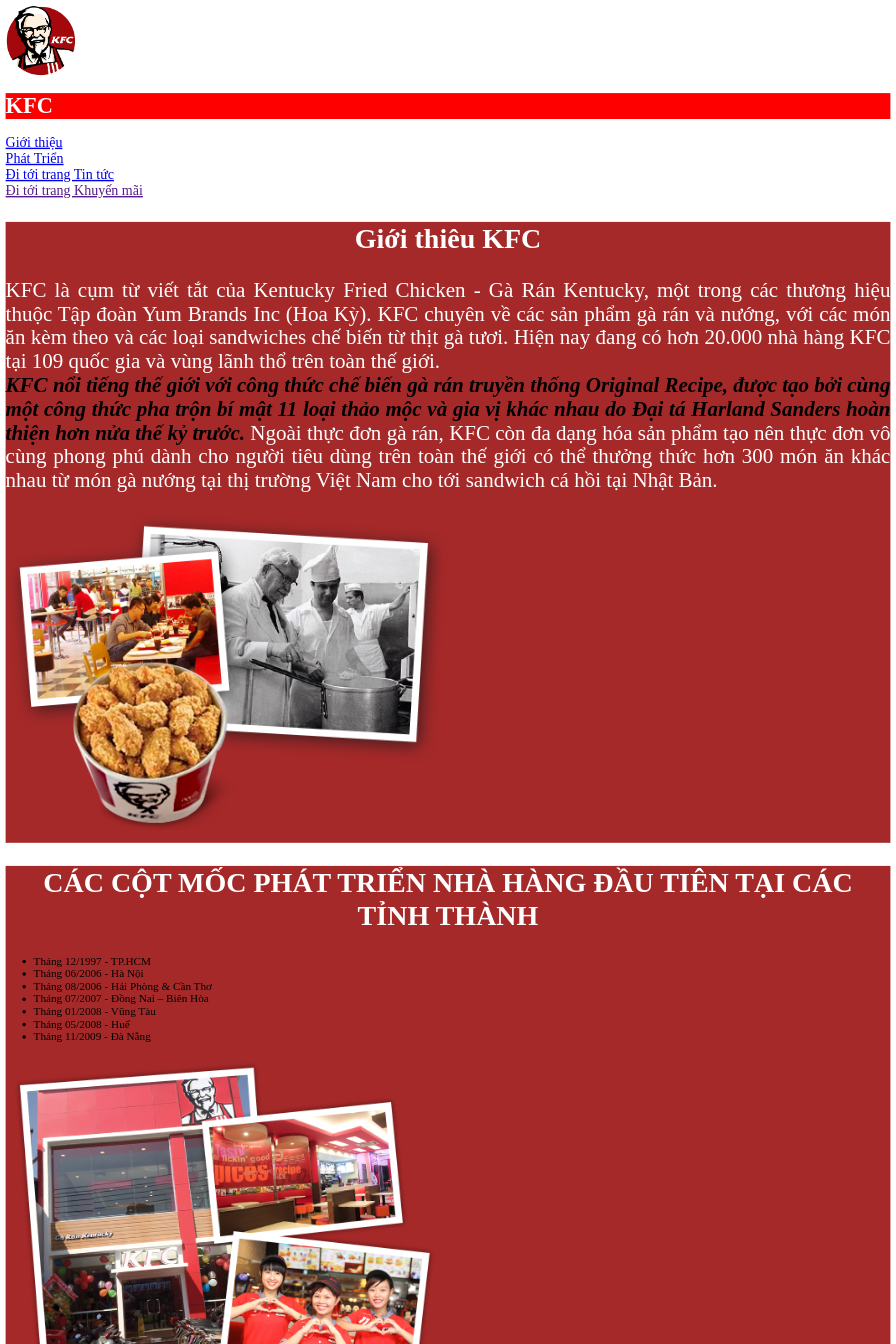
Repository: Edward205204/cybersoft_b1
Page: index.html
These files come from the project's save history. The page is drawn as it stood at one moment and after the next save; the edit follows.
The browser window is 1280 px wide. The pictures show the part of the page from y = 0 to 1920 px (the page is 2928 px tall), at 70% of full size.

Above is the page before, as saved 2024-11-11 23:25:00.

### index.html
<!DOCTYPE html>
<html lang="en">
  <head>
    <meta charset="UTF-8" />
    <meta name="viewport" content="width=device-width, initial-scale=1.0" />
    <title>Document</title>
  </head>
  <body>
    <img src="./img/logo.png" alt="Logo KFC" width="100px" height="100px" />
    <h1 style="background-color: #ff0000; color: white">KFC</h1>
    <ul style="list-style: none; margin: 0; padding: 0; font-size: 20px">
      <li>
        <a href="#gioithieu" style="font-size: 20px">Giới thiệu</a>
      </li>
      <li>
        <a href="#phattrien">Phát Triển</a>
      </li>
      <li>
        <a href="./news/news.html">Đi tới trang Tin tức</a>
      </li>
      <li>
        <a href="">Đi tới trang Khuyến mãi</a>
      </li>
    </ul>
    <div style="background-color: #a62929">
      <h2
        id="gioithieu"
        style="text-align: center; font-size: 40px; color: white"
      >
        Giới thiêu KFC
      </h2>
      <p style="color: white; font-size: 30px; text-align: justify">
        KFC là cụm từ viết tắt của Kentucky Fried Chicken - Gà Rán Kentucky, một
        trong các thương hiệu thuộc Tập đoàn Yum Brands Inc (Hoa Kỳ). KFC chuyên
        về các sản phẩm gà rán và nướng, với các món ăn kèm theo và các loại
        sandwiches chế biến từ thịt gà tươi. Hiện nay đang có hơn 20.000 nhà
        hàng KFC tại 109 quốc gia và vùng lãnh thổ trên toàn thế giới.
        <br />

        <i style="color: black">
          <b>
            KFC nổi tiếng thế giới với công thức chế biến gà rán truyền thống
            Original Recipe, được tạo bởi cùng một công thức pha trộn bí mật 11
            loại thảo mộc và gia vị khác nhau do Đại tá Harland Sanders hoàn
            thiện hơn nửa thế kỷ trước.
          </b>
        </i>

        Ngoài thực đơn gà rán, KFC còn đa dạng hóa sản phẩm tạo nên thực đơn vô
        cùng phong phú dành cho người tiêu dùng trên toàn thế giới có thể thưởng
        thức hơn 300 món ăn khác nhau từ món gà nướng tại thị trường Việt Nam
        cho tới sandwich cá hồi tại Nhật Bản.
      </p>
      <img src="./img/about-pic-1.png" alt="anh minh hoa " width="50%" />
    </div>

    <div style="background-color: #a62929">
      <h2
        id="phattrien"
        style="text-align: center; font-size: 40px; color: white"
      >
        CÁC CỘT MỐC PHÁT TRIỂN NHÀ HÀNG ĐẦU TIÊN TẠI CÁC TỈNH THÀNH
      </h2>
      <ul>
        <li>Tháng 12/1997 - TP.HCM</li>
        <li>Tháng 06/2006 - Hà Nội</li>
        <li>Tháng 08/2006 - Hải Phòng & Cần Thơ</li>
        <li>Tháng 07/2007 - Đồng Nai – Biên Hòa</li>
        <li>Tháng 01/2008 - Vũng Tàu</li>
        <li>Tháng 05/2008 - Huế</li>
        <li>Tháng 11/2009 - Đà Nẵng</li>
      </ul>
      <img src="./img/about-pic-3.png" alt="cot moc phat trien" width="50%" />
    </div>
    <h2 style="text-align: center; font-size: 32px">
      Bảng Giá Nước đi kèm của KFC
    </h2>
    <table border="1" width="900px;" height="800px" align="center">
      <tbody>
        <tr>
          <th colspan="2">Name</th>
          <th>Type</th>
          <th>Price</th>
        </tr>
        <tr>
          <td
            colspan="2"
            align="right"
            rowspan="2"
            background="img/greentea.jpg"
          >
            Green Tea
          </td>
          <td>Hot</td>
          <td rowspan="2" align="center">25.000vnd</td>
        </tr>
        <tr>
          <td align="right">Cold</td>
        </tr>
        <tr>
          <td
            colspan="2"
            rowspan="2"
            background="img/blacktea.jpg"
            align="center"
          >
            Black Tea
          </td>
          <td>Hot</td>
          <td rowspan="2" align="center">28.000vnd</td>
        </tr>
        <tr>
          <td align="right">Cold</td>
        </tr>
        <tr>
          <td colspan="2" rowspan="2" background="img/olongtea.jpg">
            Olong Tea
          </td>
          <td>Hot</td>
          <td rowspan="2" align="center">30.000vnd</td>
        </tr>
        <tr>
          <td align="right">Cold</td>
        </tr>
        <tr>
          <td rowspan="3" background="img/fruit.jpg" align="center">
            Fruit Tea
          </td>
          <td>Lemon Tea</td>
          <td rowspan="3" align="center">Cold (only)</td>
          <td align="center">30.000vnd</td>
        </tr>
        <tr>
          <td>Apple Tea</td>
          <td rowspan="2" align="center">35.000vnd</td>
        </tr>
        <tr>
          <td>Peach Tea</td>
        </tr>
        <tr>
          <td rowspan="3" background="img/milktea.png" align="center">
            Milk Tea
          </td>
          <td>Green Milk Tea</td>
          <td rowspan="3">Hot</td>
          <td>27.000vnd</td>
        </tr>
        <tr>
          <td>Black Milk Tea</td>
          <td>30.000vnd</td>
        </tr>
        <tr>
          <td>Olong Milk Tea</td>
          <td>32.000vnd</td>
        </tr>
      </tbody>
    </table>
  </body>
</html>

After the next save:
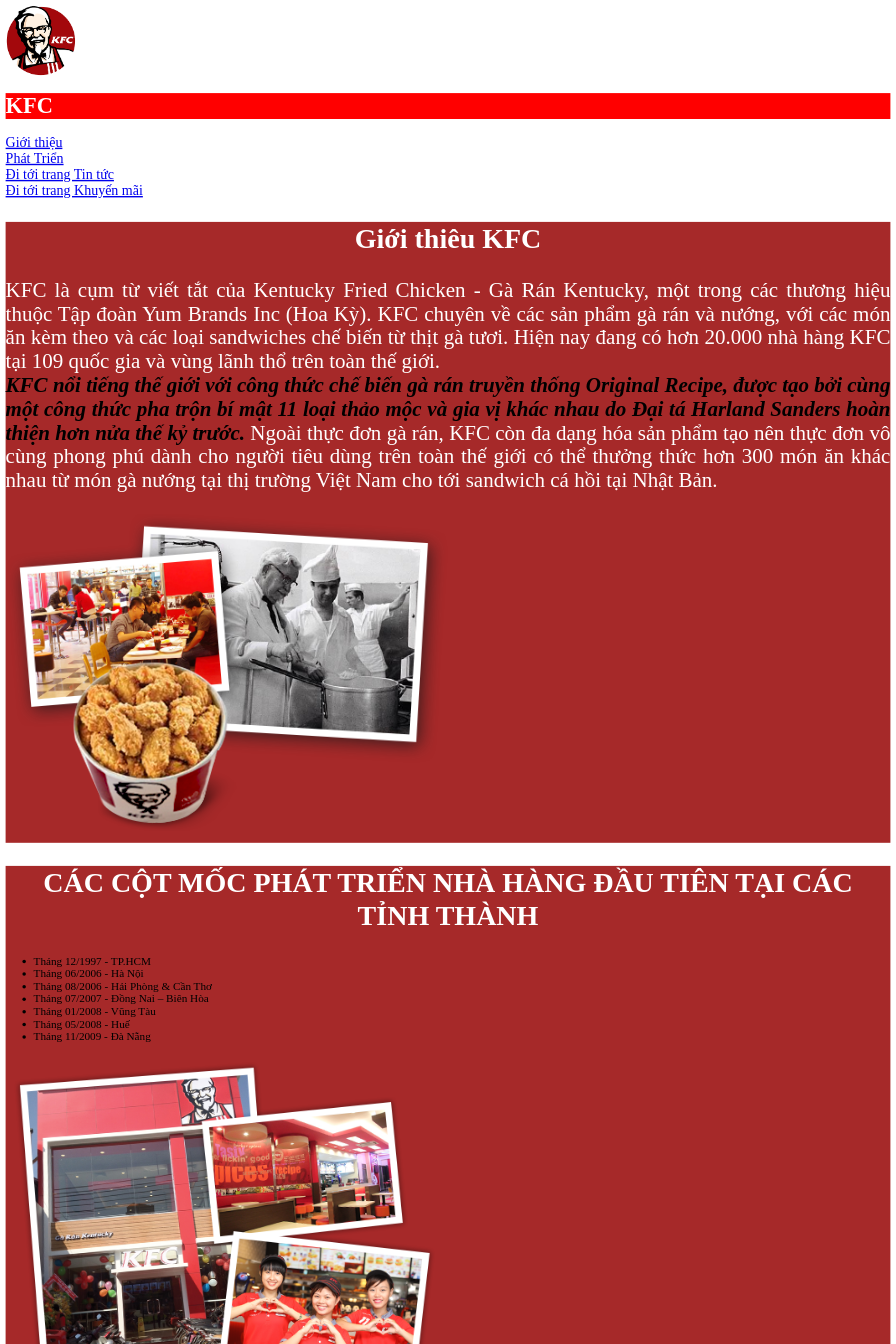
Saved 12 s later.
--- a/index.html
+++ b/index.html
@@ -19,7 +19,9 @@
         <a href="./news/news.html">Đi tới trang Tin tức</a>
       </li>
       <li>
-        <a href="">Đi tới trang Khuyến mãi</a>
+        <a href="https://kfcvietnam.com.vn/error/page-not-found"
+          >Đi tới trang Khuyến mãi</a
+        >
       </li>
     </ul>
     <div style="background-color: #a62929">
